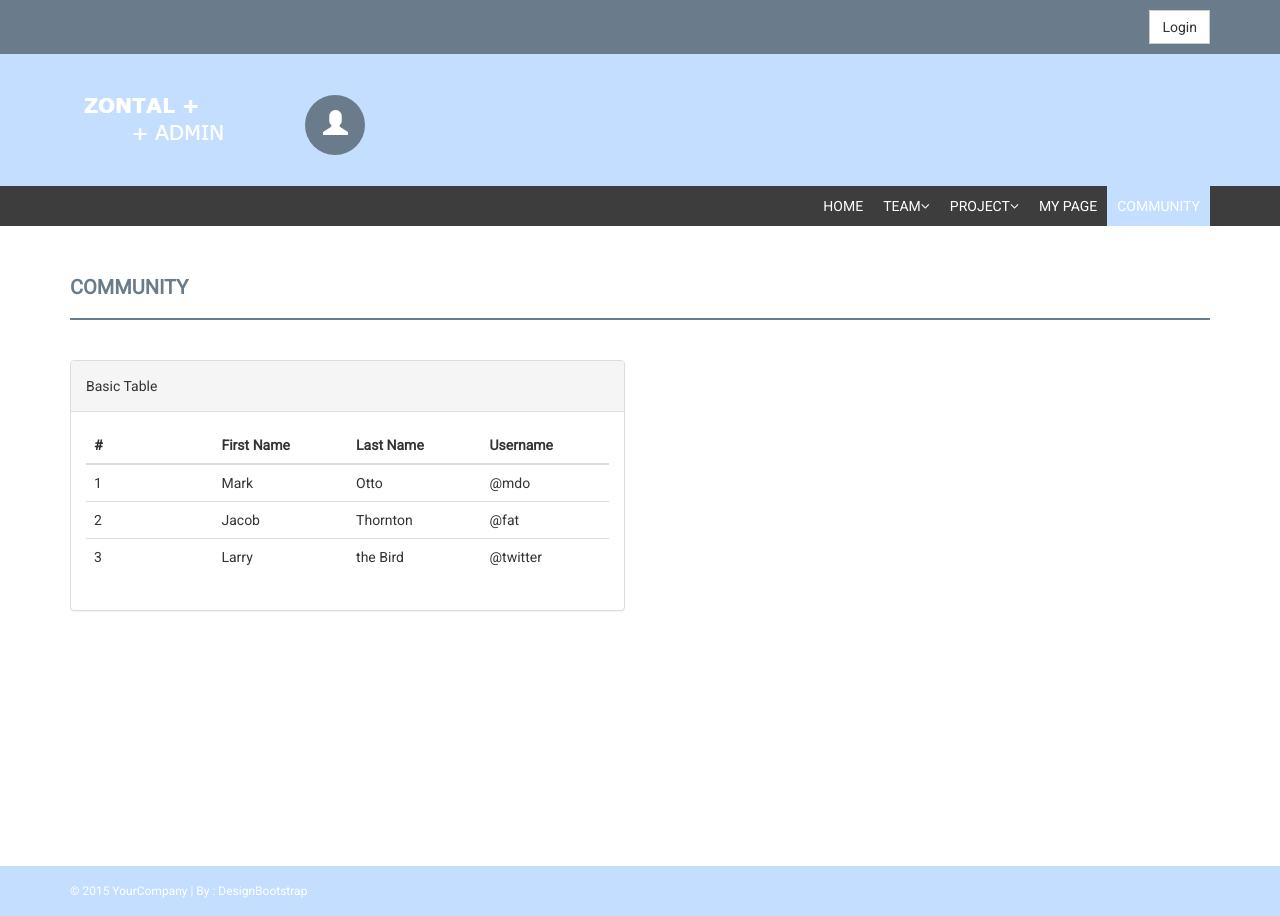
Repository: hwju91/skuniv
Page: http://localhost/0903.2/WEB-INF/jsp/community/communityselect.jsp
The author's editor kept a copy of each file at every save. The page is drawn from the files as they stood at one save, then again after the next save.
The browser window is 1280 px wide. The pictures show the whole page.
The page is served by Tomcat 9. Nobody is signed in. Other server files are loaded and not shown. The template is opened directly, without the code that normally fills it, so the values that code supplies are empty.

Above is the page before, as saved 2016-09-08 12:03:06.

### 0903.2/WebContent/WEB-INF/jsp/community/communityselect.jsp
<%@ page language="java" contentType="text/html; charset=UTF-8"
	pageEncoding="UTF-8"%>
<jsp:include page="../header_community.jsp" />
<jsp:include page="../nav.jsp" />
<jsp:include page="../menu_community.jsp" />

<div class="row">
	<div class="col-md-12">
		<h4 class="page-head-line">community</h4>
	</div>
</div>

<div class="row">
<div class="col-md-6">
                     <!--   Basic Table  -->
 	<div class="panel panel-default">
                        <div class="panel-heading">
                            Basic Table
                        </div>
                        <div class="panel-body">
                            <div class="table-responsive">
                                <table class="table">
                                    <thead>
                                        <tr>
                                            <th>#</th>
                                            <th>First Name</th>
                                            <th>Last Name</th>
                                            <th>Username</th>
                                        </tr>
                                    </thead>
                                    <tbody>
                                        <tr>
                                            <td>1</td>
                                            <td>Mark</td>
                                            <td>Otto</td>
                                            <td>@mdo</td>
                                        </tr>
                                        <tr>
                                            <td>2</td>
                                            <td>Jacob</td>
                                            <td>Thornton</td>
                                            <td>@fat</td>
                                        </tr>
                                        <tr>
                                            <td>3</td>
                                            <td>Larry</td>
                                            <td>the Bird</td>
                                            <td>@twitter</td>
                                        </tr>
                                    </tbody>
                                </table>
                            </div>
                        </div>
                    </div>
                      <!-- End  Basic Table  -->
                </div>
</div>


<jsp:include page="../footer.jsp" />

### 0903.2/WebContent/WEB-INF/jsp/header_community.jsp
<%@ page language="java" contentType="text/html; charset=UTF-8"
    pageEncoding="UTF-8"%>
<!DOCTYPE html PUBLIC "-//W3C//DTD HTML 4.01 Transitional//EN" "http://www.w3.org/TR/html4/loose.dtd">
<html>
<head>
    <title>Winder</title>

    <link href="css/bootstrap.css" rel="stylesheet" />
    <link href="css/font-awesome.css" rel="stylesheet" />
    <link href="css/style.css" rel="stylesheet" />
    <!-- <link rel="stylesheet" href="https://cdnjs.cloudflare.com/ajax/libs/ionicons/2.0.1/css/ionicons.min.css"> -->

</head>
</head>

### 0903.2/WebContent/WEB-INF/jsp/nav.jsp
<%@ page language="java" contentType="text/html; charset=UTF-8"
    pageEncoding="UTF-8"%>
<body>
    <header>
        <div class="container">
            <div class="row">
                <div class="col-md-12">
                    <!-- <strong>Email: </strong>info@yourdomain.com
                    &nbsp;&nbsp;
                    <strong>Support: </strong>+90-897-678-44 -->
                    <%
                    if("loginok".equals((String)session.getAttribute("loginchk"))){
                    	%>
                    	<a class="btn btn-default" href="logout">Logout</a>
                    <%}
                    else{
                    %>
                    	<a class="btn btn-default" href="login">Login</a>
                    <% }%>

                </div>

            </div>
        </div>
    </header>
    <!-- HEADER END-->
    <div class="navbar navbar-inverse set-radius-zero">
        <div class="container">
            <div class="navbar-header">
                <button type="button" class="navbar-toggle" data-toggle="collapse" data-target=".navbar-collapse">
                    <span class="icon-bar"></span>
                    <span class="icon-bar"></span>
                    <span class="icon-bar"></span>
                </button>
                <a class="navbar-brand" href="index.html">
                    <img src="img/logo.png" />
                </a>

            </div>

            <div class="left-div">
                <div class="user-settings-wrapper">
                    <ul class="nav">

                        <li class="dropdown">
                            <a class="dropdown-toggle" data-toggle="dropdown" href="#" aria-expanded="false">
                                <span class="glyphicon glyphicon-user" style="font-size: 25px;"></span>
                            </a>
                            <div class="dropdown-menu dropdown-settings" style="color: #fff">
                                <div class="media">
                                    <a class="media-left" href="#">
                                        <img src="img/64-64.jpg" alt="" class="img-rounded" />
                                    </a>
                                    <div class="media-body">
                                        <h4 class="media-heading">Jhon Deo Alex </h4>
                                        <h5>Developer & Designer</h5>

                                    </div>
                                </div>
                                <hr />
                                <h5><strong>Personal Bio : </strong></h5>
                                Anim pariatur cliche reprehen derit.
                                <hr />
                                <a href="#" class="btn btn-info btn-sm">Full Profile</a>&nbsp; <a href="login.html" class="btn btn-danger btn-sm">Logout</a>

                            </div>
                        </li>


                    </ul>
                </div>
            </div>
        </div>
    </div>
    <!-- LOGO HEADER END-->

### 0903.2/WebContent/WEB-INF/jsp/menu_community.jsp
<%@ page language="java" contentType="text/html; charset=UTF-8"
    pageEncoding="UTF-8"%>
<%@taglib prefix="c"  uri="http://java.sun.com/jsp/jstl/core" %>
<section class="menu-section">
        <div class="container">
            <div class="row">
                <div class="col-md-12">
                    <div class="navbar-collapse collapse ">
                        <ul id="menu-top" class="nav navbar-nav navbar-right">
                            <li><a class="menu-top" href="home">Home</a></li>
                            <li class="dropdown">
                                <a href="#" class="dropdown-toggle" data-toggle="dropdown">Team<i class="fa fa-angle-down"></i></a>
                                <ul class="dropdown-menu">
                                	<li><a href="teamList">팀 List</a></li>
                                    <li><a href="teamCreateform">팀 생성</a></li>
                                    <c:forEach items="${teammenu }" var="tmenu">
                                    <li><a href="projectlist?tno=${tmenu.tno }">${tmenu.name }</a></li>
                                    </c:forEach>
                                </ul>
                            </li>
                            <li class="dropdown">
                                <a href="#" class="dropdown-toggle" data-toggle="dropdown">Project<i class="fa fa-angle-down"></i></a>
                                <ul class="dropdown-menu">
                                    <li><a href="projectform">프로젝트 생성</a></li>
                                    <c:forEach items="${projectmenu }" var="pmenu">
                                    <li><a href="projectmain?pno=${pmenu.pno }">${pmenu.name }</a></li>
                                    </c:forEach>
                                </ul>
                            </li>
                             <li><a href="mypage">My Page</a></li>
							 <li><a class="menu-top-active" href="communitylist">community</a></li>
                        </ul>
                    </div>
                </div>

            </div>
        </div>
    </section>
    <!-- MENU SECTION END-->
    <div class="content-wrapper">
        <div class="container">

### 0903.2/WebContent/WEB-INF/jsp/footer.jsp
<%@ page language="java" contentType="text/html; charset=UTF-8"
    pageEncoding="UTF-8"%>
 </div>
    </div>
    <!-- CONTENT-WRAPPER SECTION END-->
    <footer>
        <div class="container">
            <div class="row">
                <div class="col-md-12">
                    &copy; 2015 YourCompany | By : <a href="http://www.designbootstrap.com/" target="_blank">DesignBootstrap</a>
                </div>

            </div>
        </div>
    </footer>
    <!-- script -->
<script src="js/jquery-2.2.3.min.js"></script>
<script src="js/bootstrap.js"></script>
</body>
</html>

### 0903.2/WebContent/css/style.css

/*=============================================================
    Authour URL: www.designbootstrap.com

    http://www.designbootstrap.com/

    License: MIT

    http://opensource.org/licenses/MIT

    100% Free To use For Personal And Commercial Use.

    IN EXCHANGE JUST TELL PEOPLE ABOUT THIS WEBSITE

========================================================  */


/* =============================================================
   GENERAL STYLES
 ============================================================ */

@import url(http://fonts.googleapis.com/css?family=Roboto); /* FREE GOOGLE FONT */

body {
    font-family: 'Roboto', sans-serif;
    line-height: 30px;
}

.set-radius-zero {
    border-radius: 0px;
    -moz-border-radius: 0px;
    -webkit-border-radius: 0px;
}

.content-wrapper {
    margin-top: 40px;
    min-height: 600px;
    padding-bottom: 60px;
}

.page-head-line {
    font-weight: 900;
    padding-bottom: 20px;
    border-bottom: 2px solid #6A7B8B;
    text-transform: uppercase;
    color: #6A7B8B;
    font-size: 20px;
    margin-bottom: 40px;
}

.btn {
    border-radius: 0px;
    -webkit-border-radius: 0px;
    -moz-border-radius: 0px;
}

.progress {
    height: 8px;
    border-radius: 0px;
    -webkit-border-radius: 0px;
    -moz-border-radius: 0px;
}
.login-icon {
    height: 60px;
width: 60px;
padding: 13px;
border-radius: 50%;
font-size: 30px;
margin-bottom: 20px;
color: #fff;
text-align: center;
cursor:pointer;
background-color:#6A7B8B;
-webkit-border-radius:50%;
    -moz-border-radius:50%;
}
/* =============================================================
   HEADER SECTION STYLES
 ============================================================ */
header {
    background-color: #6A7B8B;
    color: #fff;
    padding: 10px;
    text-align: right;
}


/* =============================================================
   LOGO SECTION STYLES
 ============================================================ */
.left-div {
    padding-left: 30px;
    margin-top: 40px;
    margin-bottom: 30px;
}

.navbar-brand {
    width: 250px;
    padding-top: 30px;
}

/* USER SETTINGS DIV */
.user-settings-wrapper .nav > li > a {
    position: relative;
    display: block;
    padding: 15px 18px;
    border-radius: 50%;
    -webkit-border-radius: 50%;
    -moz-border-radius: 50%;
    height: 60px;
    width: 60px;
    background-color: #6A7B8B;
    color: #fff;
}

.user-settings-wrapper {
    margin-top: 10px;
}

    .user-settings-wrapper li {
        display: inline-block;
    }

    .user-settings-wrapper .dropdown-settings {
        width: 200px;
        padding: 10px;
    }

    .user-settings-wrapper .nav > li > a:hover,.user-settings-wrapper .nav > li > a:focus {
        text-decoration: none;
        background-color: #C4DEFF!important;
    }

    .user-settings-wrapper img {
        height: 64px;
        width: 64px;
        border: 1px solid #000000;
    }

    .user-settings-wrapper .dropdown-menu {
        margin: 0px;
        border-radius: 0px!important;
        -moz-border-radius: 0px!important;
        -webkit-border-radius: 0px!important;
    }

    .user-settings-wrapper .btn {
        border-radius: 0px!important;
        -moz-border-radius: 0px!important;
        -webkit-border-radius: 0px!important;
    }

    .user-settings-wrapper .media-heading {
        padding-top: 10px;
    }

/* MENU LINKS SECTION*/

.menu-section {
    background-color: #3D3D3D;
}

#menu-top a {
    color: #FFF;
    text-decoration: none;
    font-weight: 500;
    padding: 10px 10px 10px 10px;
    text-transform: uppercase;
}

.menu-top-active {
    background-color: #C4DEFF;
}

.menu-section .nav > li > a:hover,.menu-section .nav > li > a:focus {
    background-color: #6A7B8B!important;
}

.menu-section .dropdown-menu > li > a:hover,.menu-section .dropdown-menu > li > a:focus {
    background-color: #6A7B8B!important;
}

.navbar-inverse {
    background-color: #C4DEFF;
    border-color: transparent;
}

.navbar-toggle {
    background-color: #6A7B8B;
    border: 1px solid #fff;
}

.navbar {
    margin-bottom: 0px;
}
/* =============================================================
   FOOTER SECTION STYLES
 ============================================================ */
footer {
    padding: 10px;
    color: #fff;
    font-size: 12px;
    background-color: #C4DEFF;
}

    footer a, footer a:hover {
        color: #fff;
        text-decoration: none;
    }

/*==============================================
    DASHBOARD  STYLES
 =============================================*/

/* DASHBOARD ICONS */

.bk-clr-one {
    background-color: #B9B739;
}

.bk-clr-two {
    background-color: #F94C4C;
}

.bk-clr-three {
    background-color: #119c7e;
}

.bk-clr-four {
    background-color: #b739b9;
}

.dashboard-div-icon {
    height: 75px;
    width: 75px;
    border: 2px solid #fff;
    padding: 20px;
    border-radius: 50%;
    -webkit-border-radius:50%;
    -moz-border-radius:50%;
    font-size: 30px;
    margin-bottom: 20px;
    color: #fff;
}

.dashboard-div-wrapper {
    border-radius: 5px;
    text-align: center;
    padding: 15px;
    color: #fff;
    margin-bottom: 50px;
}

    .dashboard-div-wrapper .progress {
        height: 2px;
    }

/* NOTICE BOARD */


.notice-board .panel {
    border-radius: 0px;
    -webkit-border-radius: 0px;
    -moz-border-radius: 0px;
}

.notice-board ul {
    padding-left: 0px;
    list-style: none;
}

.notice-board li {
    padding: 10px;
    border-bottom: 1px solid #E5E5E5;
}

    .notice-board li span {
        margin-right: 10px;
        border: 1px solid #DBDBDB;
        padding: 5px;
    }

    .notice-board li a, li a:hover {
        text-decoration: none;
        color: #000;
    }

/* SOCIAL BUTTONS */
.btn-social {
    color: white;
    opacity: 0.8;
}

    .btn-social:hover {
        color: white;
        opacity: 1;
        text-decoration: none;
    }

.btn-facebook {
    background-color: #3b5998;
}

.btn-twitter {
    background-color: #00aced;
}

.btn-linkedin {
    background-color: #0e76a8;
}

.btn-google {
    background-color: #c32f10;
}

Loaded but not shown: 0903.2/WebContent/css/bootstrap.css (library); 0903.2/WebContent/css/font-awesome.css (library); 0903.2/WebContent/js/jquery-2.2.3.min.js (library); 0903.2/WebContent/js/bootstrap.js (library)

After the next save:
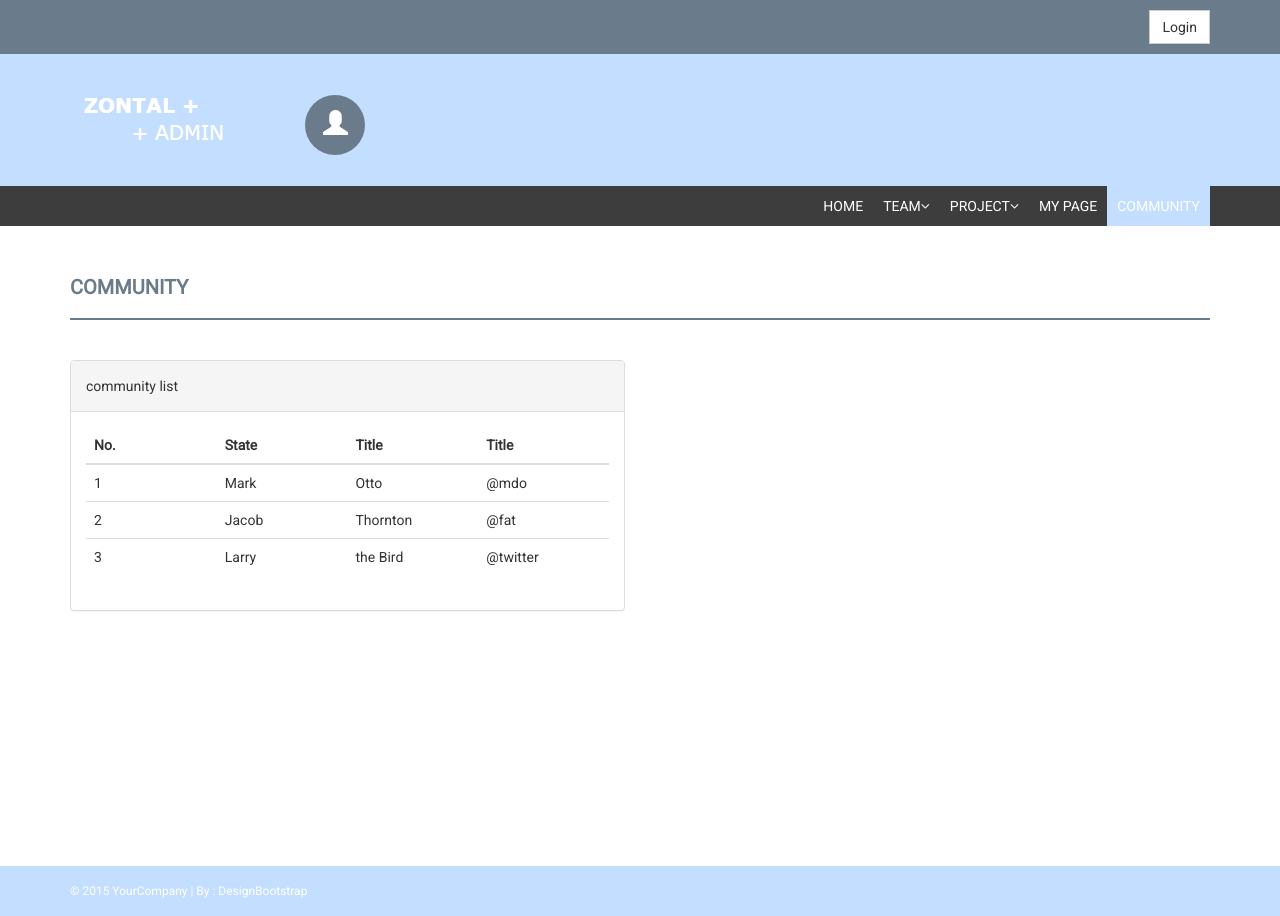
Saved 82 s later.
--- a/0903.2/WebContent/WEB-INF/jsp/community/communityselect.jsp
+++ b/0903.2/WebContent/WEB-INF/jsp/community/communityselect.jsp
@@ -15,17 +15,17 @@
                      <!--   Basic Table  -->
  	<div class="panel panel-default">
                         <div class="panel-heading">
-                            Basic Table
+                            community list
                         </div>
                         <div class="panel-body">
                             <div class="table-responsive">
                                 <table class="table">
                                     <thead>
                                         <tr>
-                                            <th>#</th>
-                                            <th>First Name</th>
-                                            <th>Last Name</th>
-                                            <th>Username</th>
+                                            <th>No.</th>
+                                            <th>State</th>
+                                            <th>Title</th>
+                                            <th>Title</th>
                                         </tr>
                                     </thead>
                                     <tbody>
